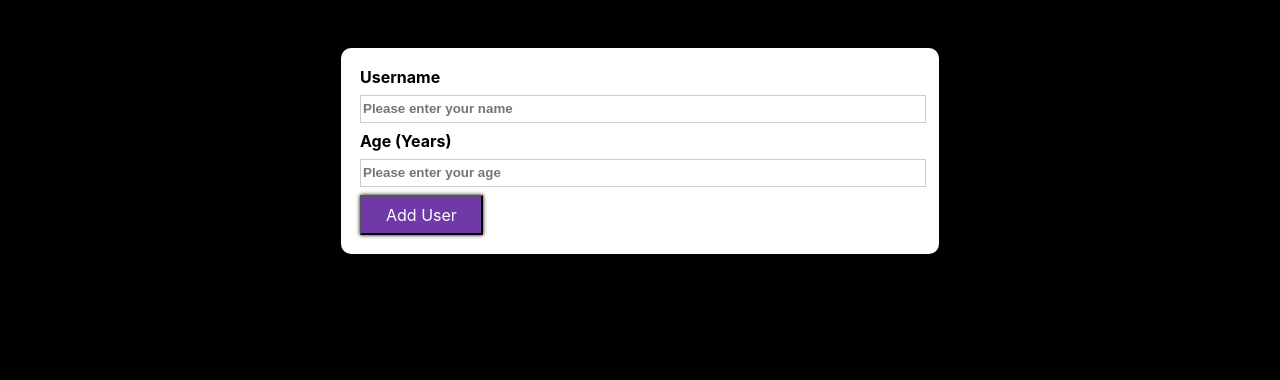
Repository: NamalPathirana/section-eight
Page: /
An editor plug-in stored every save of this project. The page is shown before and after the next save, followed by the edit.
The browser window is 1280 px wide. The pictures show the whole page.
The project was rebuilt for these pictures with package versions that can differ from the ones it lists, and the page was loaded fresh each time.

Above is the page before, as saved 2021-11-26 03:26:45.

After the next save:
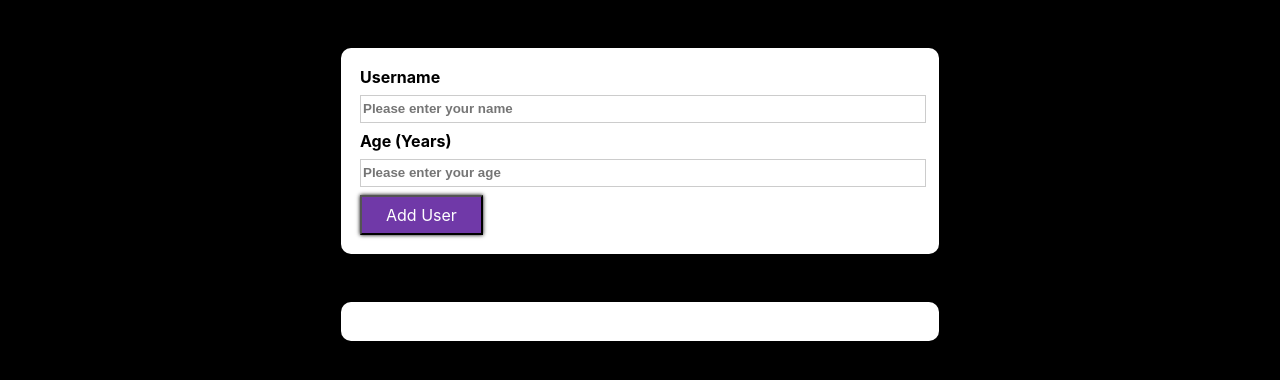
Saved 88 s later.
--- a/src/Components/UserList/UserList.module.css
+++ b/src/Components/UserList/UserList.module.css
@@ -1,3 +1,9 @@
 .frame{
-
+    margin: 0.5rem 0.5rem;
+    padding: 1.2rem 1.2rem;
+    width: 35rem;
+    max-width: 90%;
+    margin: 3rem auto;
+    background-color: white;
+    border-radius: 10px;
 }
